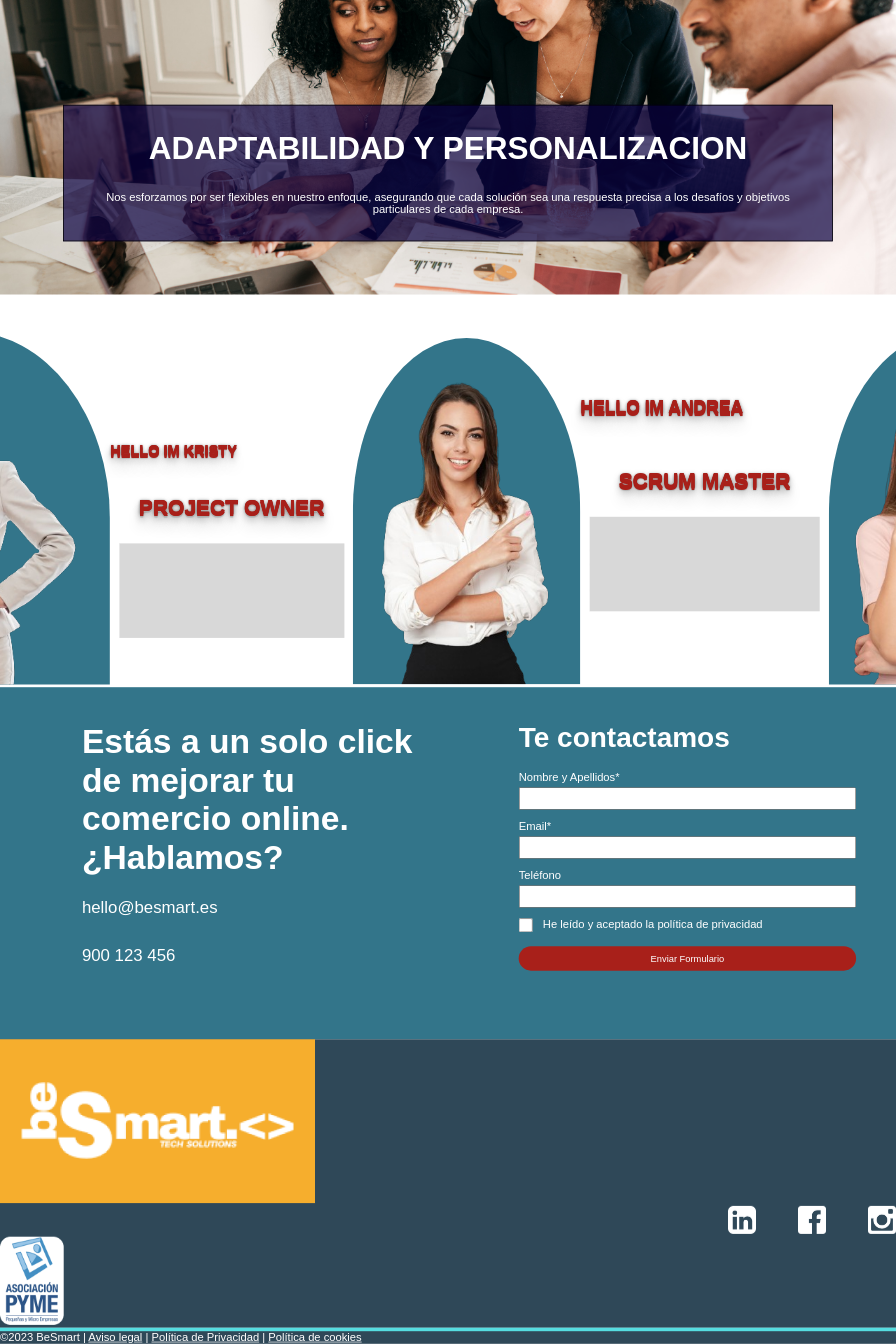
Repository: Andreamartinn17/Proyecto_3_BeSmart
Page: index.html
These files come from the project's save history. The page is drawn as it stood at one moment and after the next save; the edit follows.
The browser window is 1280 px wide. The pictures show the part of the page from y = 844 to 2764 px (the page is 2764 px tall before and 2746 px after), at 70% of full size.

Above is the page before, as saved 2023-12-18 21:05:03.

After the next save:
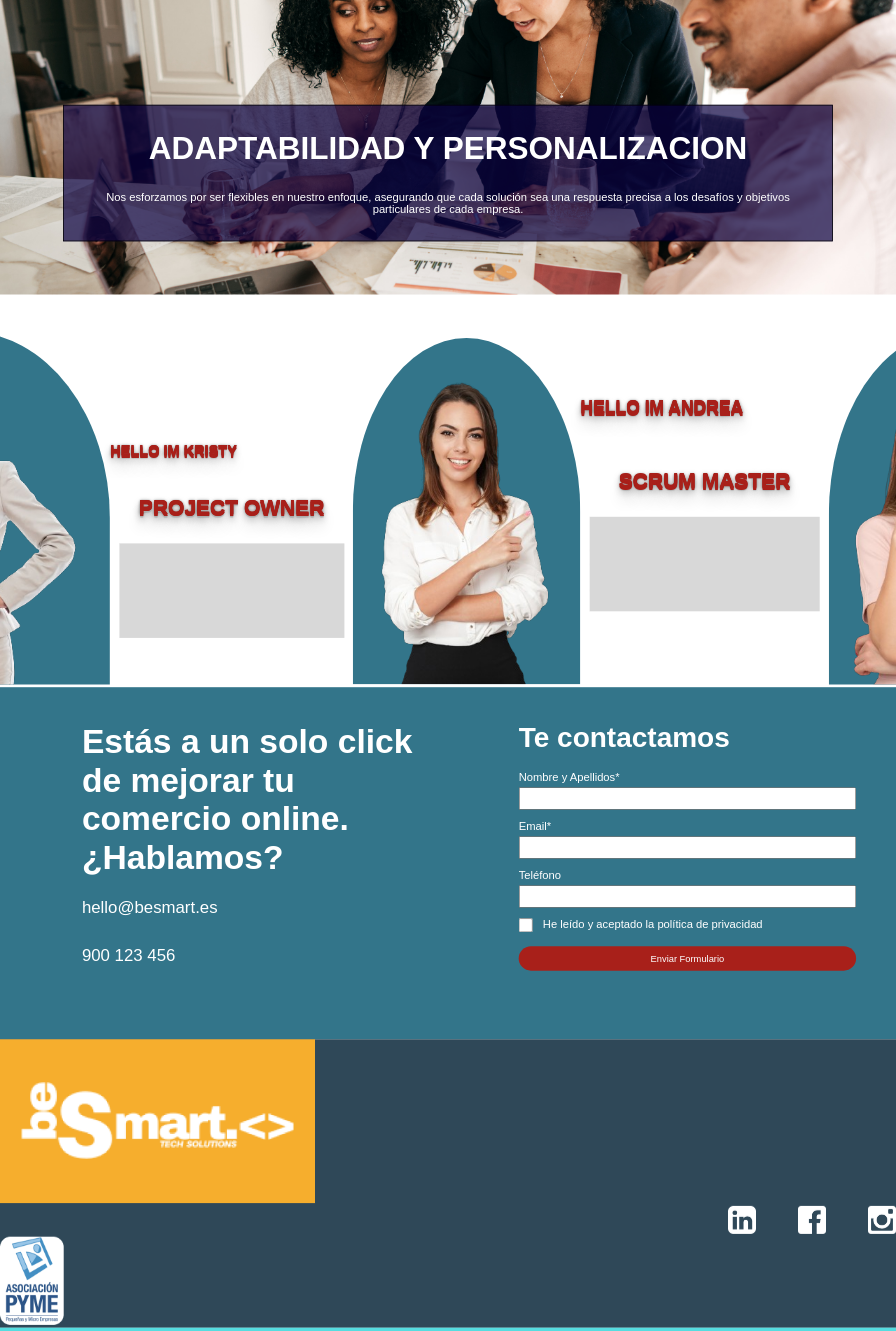
Saved 25 s later.
--- a/index.html
+++ b/index.html
@@ -375,7 +375,7 @@
         </section>
         <section class="final-footer">
             <div class="copy-footer">
-                <p class="p-final-footer">©2023 BeSmart | <u>Aviso legal</u> | <u>Política de Privacidad</u> | <u>Política de cookies</u>
+                <p class="p-final-foot>©2023 BeSmart | <u>Aviso legal</u> | <u>Política de Privacidad</u> | <u>Política de cookies</u>
             </div>
         </section>
     </footer>
